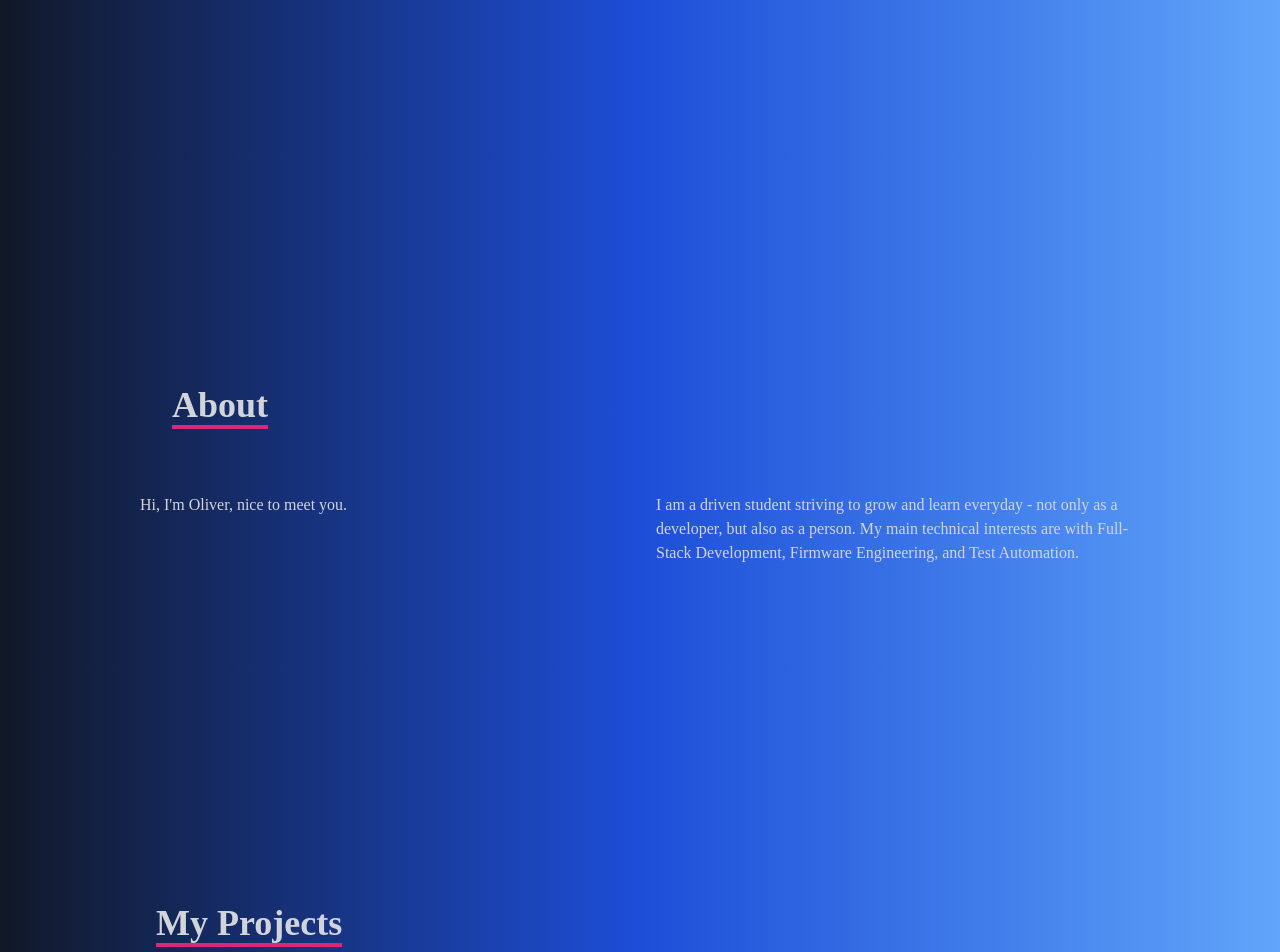
Repository: olichengus/Project-Portfolio
Page: /
These files come from the project's save history. The page is drawn as it stood at one moment and after the next save; the edit follows.
The browser window is 1280 px wide. The pictures show the part of the page from y = 605 to 1557 px (the page is 2160 px tall).
The project was rebuilt for these pictures with package versions that can differ from the ones it lists, and the page was loaded fresh each time.

Above is the page before, as saved 2024-02-10 00:33:39.

### src/index.css
@tailwind base;
@tailwind components;
@tailwind utilities;

@import url('https://fonts.googleapis.com/css2?family=Roboto:wght@300;400;500;700&display=swap');

@layer base {
  body {
    @apply font-[Raleway];
  }
  li {
    @apply px-4;
    @apply cursor-pointer;
  }
}


.content-div{
  background-repeat: no-repeat;
  background-size: cover;
  background-position: center;
  height: 250px;
}

.content-div:hover{
  background-image: linear-gradient(
    to right,
    rgba(112,157,255,0.8),
    hsla(242,74%,61%,0.8)
  )!important;
  background-color: rgba(0, 0, 0, 0.5);
  transition: 0.5s;
}

### src/App.js
import Home from './components/Home';
import Navbar from './components/Navbar';
import About from './components/About';
import Work from './components/Work';

function App() {
  return (
    <div>
      <Navbar />
      <Home />
      <About />
      <Work />
    </div>
  );
}

export default App;

### src/components/Home.jsx
import React from 'react'
import {HiArrowNarrowRight} from 'react-icons/hi'

const Home = () => {
  return (
    <div className='w-full h-screen bg-gradient-to-r from-gray-900 via-blue-700 to-blue-400'>
      {/* Container */}
      <div className='max-w-[1000px] mx-auto px-8 flex flex-col justify-center h-full'>
        <p className='text-pink-600 text-2xl'>Hi, my name is</p>
        <h1 className='text-white text-7xl font-bold'>Oliver Cheng</h1>
        <h2 className='text-4xl sm:text-5xl font-bold text-[#8892b0]'> I am a Computer Science student @ UBC</h2>
        <h2 className='text-4xl sm:text-5xl font-bold text-[#8892b0]'> Welcome to my Portfolio!</h2>
        <div className='background-color'>
          <button className = 'text-white border-2 px-6 py-3 my-2 flex items-center hover:bg-pink-600 hover:border-pink-600'>
            My Projects
            <span className='group-hover:rotate-90 duration-300'>
              <HiArrowNarrowRight className='ml-2' />
            </span>
          </button>
        </div>
      </div>

    </div>
  )
}

export default Home

### src/components/navbar.js
import React, {useState} from 'react'
import {
    FaBars,
    FaTimes,
    FaGithub,
    FaLinkedin
  } from 'react-icons/fa';
import { HiOutlineMail } from 'react-icons/hi';
import BsFillPersonFill from 'react-icons/bs';

const Navbar = () => {
    const [nav, setNav] = useState(false)
    const handleClick = () => setNav(!nav)
  return (
    <div className='fixed w-full h-[80px] flex justify-between items-center px-4 bg-[#0a192f] text-gray-300'>
    {/* menu */}
        <div className='hidden md:flex'>
            <ul className='hidden md:flex'>
                <li>Home</li>
                <li>About</li>
                <li>Experience</li>
                <li>Projects</li>
                <li>Contact</li>


            </ul>
        </div>

        <div onClick={handleClick} className='md:hidden z-10'>
            {/* if false set it to bars else set it to x logo*/}
            {!nav ? <FaBars /> : <FaTimes />}
        </div>


        {/* Moble menu */}
        <ul className={!nav ? "hidden": 'absolute top-0 left-0 w-full h-screen bg-[#0a192f] flex flex-col justify center items-center'}>
                <li className='py-6 text-4xl'>Home</li>
                <li className='py-6 text-4xl'>About</li>
                <li className='py-6 text-4xl'>Experience</li>
                <li className='py-6 text-4xl'>Projects</li>
                <li className='py-6 text-4xl'>Contact</li>

        </ul>
        {/* Social Icons */}
        <div className='flex fixed flex-col top-[35%] left-0;'>
        </div>
    </div>


  )
}

export default Navbar

### src/components/About.jsx
import React from 'react';

const About = () => {
    return (
        <div name='about' className='w-full h-screen bg-gradient-to-r from-gray-900 via-blue-700 to-blue-400 text-gray-300'>
            <div className='flex flex-col justify-center items-center w-full h-full'>
                <div className='max-w-[1000px] w-full px-4 justify-center items-center'>
                    <div className='md:text-left sm:text-right pb-8 pl-4'>
                        <p className='text-4xl font-bold inline border-b-4 border-pink-600 hover:text-white'>About</p>
                    </div>

                </div>
                <div className='mt-9 max-w-[1000px] w-full grid grid-cols-2 gap-8'>
                    <div>
                        <p>Hi, I'm Oliver, nice to meet you.</p>
                    </div>
                    <div>
                        I am a driven student striving to grow and learn everyday - not only as a developer, but also as a person. My main technical interests are with Full-Stack Development, Firmware Engineering, and Test Automation.
                    </div>
                </div>
            </div>
        </div>
    )
}

export default About;

### src/components/Work.jsx
import React from 'react';
import Background from '../assets/background.jpeg';

const Work = () => {
    return (
        <div className='w-full md:h-screen text-gray-300 bg-gradient-to-r from-gray-900 via-blue-700 to-blue-400'>
            <div className='max-w-[1000px] mx-auto p-4 flex flex-col justify-center w-full h-full'>
                <div>
                    <p className='text-4xl font-bold inline border-b-4 text-gray-300 border-pink-600'>My Projects</p>
                </div>

            {/* Container */}

                <div className='grid sm:grid-cols-2 md:grid-cols-3 gap-4 mt-7'>

            {/* Grid Item */}
                    <div style = {{backgroundImage: `url(${Background})`}}
                    className='shadow-lg shadow-[#040c16] group container rounded-md flex justify-center items-center mx-auto content-div'>

                        {/* Hover Effects */}
                        <div className='opacity-0 group-hover:opacity-100'>
                            <span className='text-2xl font-bold text-white tracking-wider'>
                                UBC Elective Finder
                            </span>
                            <div className='pt-8 text-center'>
                                {/* <a href ="/">
                                    <button className='text-center rounded-lg px-4 py-3 m-2 bg-white text-gray-700 font-bold text-lg'>Demo</button>
                                </a> */}
                                <a href = "https://github.com/olichengus/UBC-Elective-Finder">
                                    <button className='text-center rounded-lg px-5 py-3 m-2 bg-white text-gray-700 font-bold text-lg'>View</button>
                                </a>
                            </div>
                        </div>
                    </div>

                    <div style = {{backgroundImage: `url(${Background})`}}
                    className='shadow-lg shadow-[#040c16] group container rounded-md flex justify-center items-center mx-auto content-div'>

                        {/* Hover Effects */}
                        <div className='opacity-0 group-hover:opacity-100'>
                            <span className='text-2xl font-bold text-white tracking-wider'>
                                Telomeres Website
                            </span>
                            <div className='pt-8 text-center'>
                                {/* <a href ="/">
                                    <button className='text-center rounded-lg px-4 py-3 m-2 bg-white text-gray-700 font-bold text-lg'>Demo</button>
                                </a> */}
                                <a href = "https://github.com/olichengus/TelomeresWebsite">
                                    <button className='text-center rounded-lg px-5 py-3 m-2 bg-white text-gray-700 font-bold text-lg'>View</button>
                                </a>
                            </div>
                        </div>
                    </div>

                    <div style = {{backgroundImage: `url(${Background})`}}
                    className='shadow-lg shadow-[#040c16] group container rounded-md flex justify-center items-center mx-auto content-div'>

                        {/* Hover Effects */}
                        <div className='opacity-0 group-hover:opacity-100'>
                            <span className='text-2xl font-bold text-white tracking-wider'>
                                Wishlist Application
                            </span>
                            <div className='pt-8 text-center'>
                                {/* <a href ="https://github.com/olichengus/WishList">
                                    <button className='text-center rounded-lg px-4 py-3 m-2 bg-white text-gray-700 font-bold text-lg'>Demo</button>
                                </a> */}
                                <a href = "https://github.com/olichengus/WishList">
                                    <button className='text-center rounded-lg px-5 py-3 m-2 bg-white text-gray-700 font-bold text-lg'>View</button>
                                </a>
                            </div>
                        </div>
                    </div>

                    <div style = {{backgroundImage: `url(${Background})`}}
                    className='shadow-lg shadow-[#040c16] group container rounded-md flex justify-center items-center mx-auto content-div'>

                        {/* Hover Effects */}
                        <div className='opacity-0 group-hover:opacity-100'>
                            <span className='text-2xl font-bold text-white tracking-wider'>
                                PythonRoads
                            </span>
                            <div className='pt-8 text-center'>
                                {/* <a href ="/">
                                    <button className='text-center rounded-lg px-4 py-3 m-2 bg-white text-gray-700 font-bold text-lg'>Demo</button>
                                </a> */}
                                <a href = "https://github.com/olichengus/PythonRoads">
                                    <button className='text-center rounded-lg px-5 py-3 m-2 bg-white text-gray-700 font-bold text-lg'>View</button>
                                </a>
                            </div>
                        </div>
                    </div>

                </div>



            </div>
        </div>
    );
};

export default Work;

### tailwind.config.js
/** @type {import('tailwindcss').Config} */
module.exports = {
  content: ["./src/**/*.{html,jsx}"],
  theme: {
    extend: {},
  },
  plugins: [],
}

Loaded but not shown: public/index.html (common file); src/index.js (common file)

After the next save:
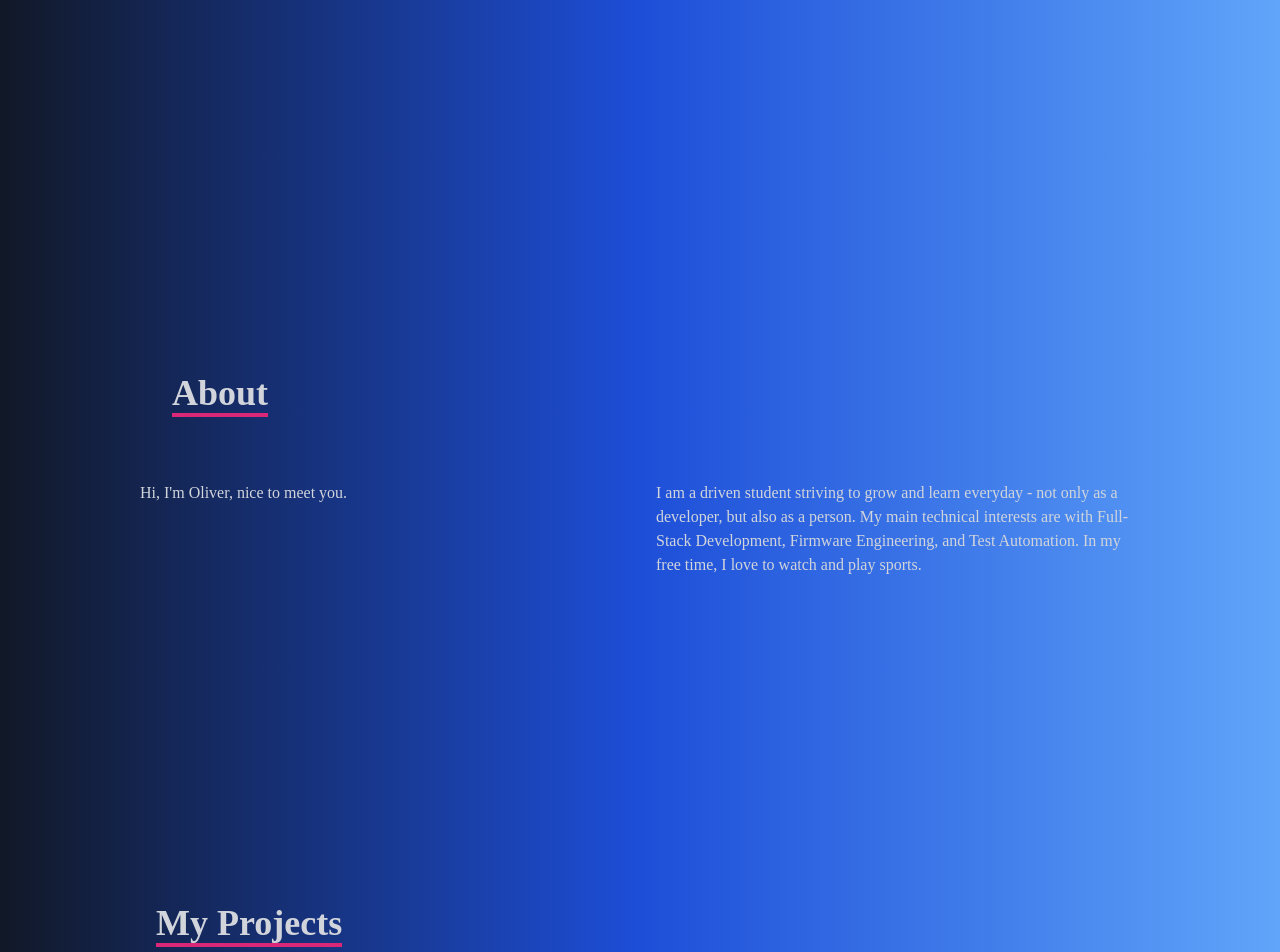
Saved 15 s later.
--- a/src/components/About.jsx
+++ b/src/components/About.jsx
@@ -15,7 +15,7 @@ const About = () => {
                         <p>Hi, I'm Oliver, nice to meet you.</p>
                     </div>
                     <div>
-                        I am a driven student striving to grow and learn everyday - not only as a developer, but also as a person. My main technical interests are with Full-Stack Development, Firmware Engineering, and Test Automation.
+                        I am a driven student striving to grow and learn everyday - not only as a developer, but also as a person. My main technical interests are with Full-Stack Development, Firmware Engineering, and Test Automation. In my free time, I love to watch and play sports.
                     </div>
                 </div>
             </div>
